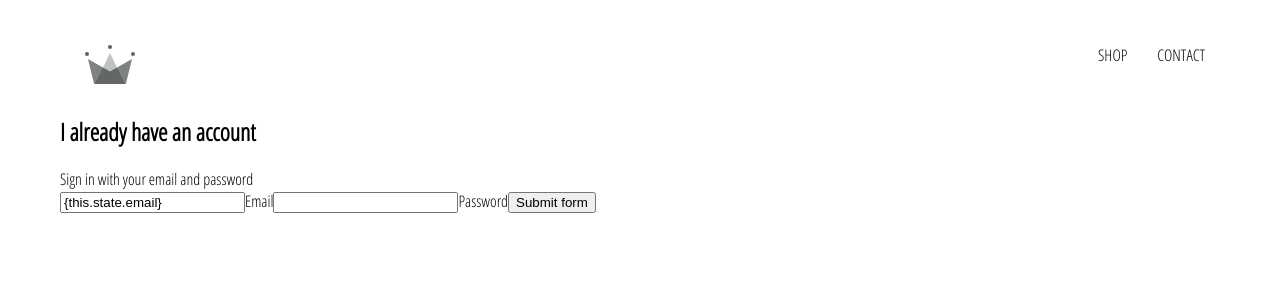
Repository: tommilaurila/crwn-clothing
Page: /signin
An editor plug-in stored every save of this project. The page is shown before and after the next save, followed by the edit.
The browser window is 1280 px wide. The pictures show the whole page.
The project was rebuilt for these pictures with package versions that can differ from the ones it lists, and the page was loaded fresh each time. Also part of the build but not shown: src/pages/shop/shop.data.js, src/components/collection-item/collection-item.styles.scss, src/components/collection-item/collection-item.component.jsx, src/components/collection-preview/collection-preview.styles.scss, src/components/collection-preview/collection-preview.component.jsx, src/pages/shop/shop.component.jsx, src/components/sign-in/sign-in.styles.scss, src/pages/sign-in-and-sign-up/sign-in-and-sign-up.styles.scss. Imported but missing from the stored project, and not drawn on this page: src/pages/homepage/homepage.component.

Above is the page before, as saved 2019-12-04 22:24:34.

After the next save:
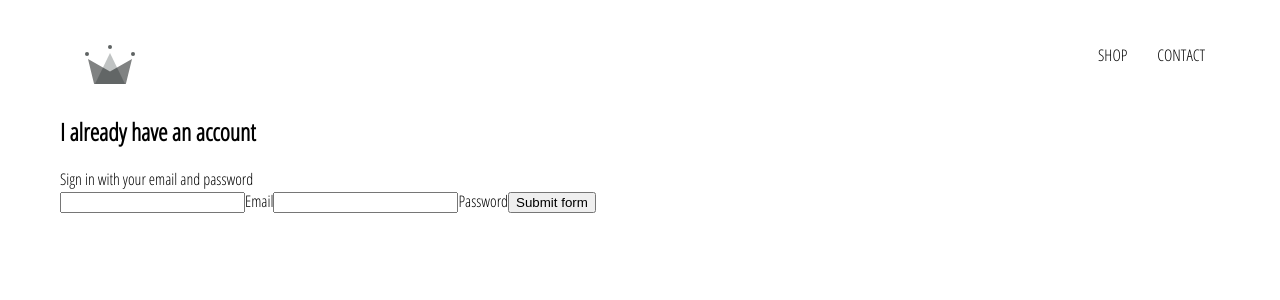
Saved 14 s later.
--- a/src/components/sign-in/sign-in.component.jsx
+++ b/src/components/sign-in/sign-in.component.jsx
@@ -31,7 +31,7 @@ class SignIn extends React.Component{
                 <span>Sign in with your email and password</span>
 
                 <form onSubmit={this.handleSubmit}>
-                    <input name="email" type="email" onChange={this.handleChange} value="{this.state.email}" required />
+                    <input name="email" type="email" onChange={this.handleChange} value={this.state.email} required />
                     <label>Email</label>
 
                     <input
